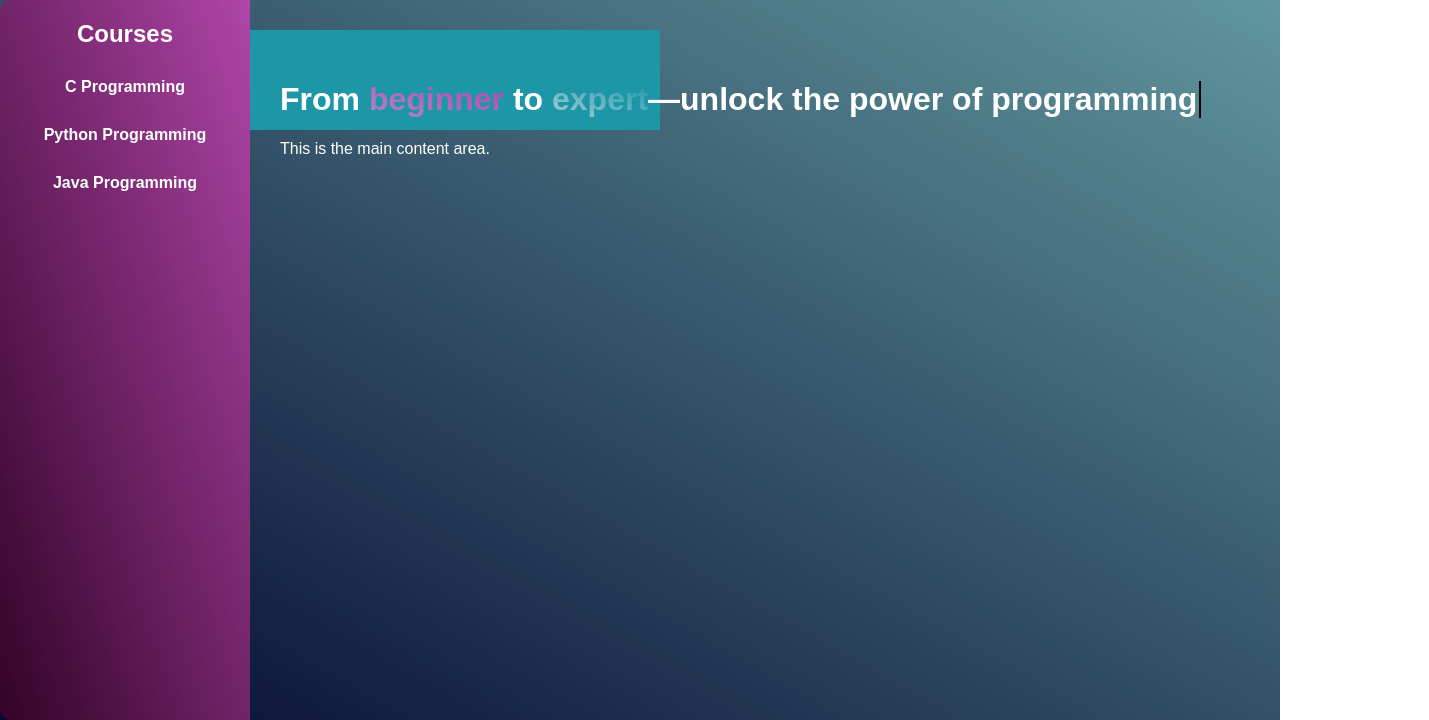
Repository: RishitSharma88/SeaGro
Page: templates/learningcourses.html
These files come from the project's save history. The page is drawn as it stood at one moment and after the next save; the edit follows.
The browser window is 1280 px wide. The page is 1280 px wide, then 1429 px, so the pictures cover 1429 px, including what lies to the right of the window. The pictures show the whole page.
The template is drawn by Flask 3. The application's start-up code is not run. Other server files are loaded and not shown. The template is opened directly, without the code that normally fills it, so the values that code supplies are empty.

Above is the page before, as saved 2024-12-28 15:33:43.

### templates/learningcourses.html
<!DOCTYPE html>
<html lang="en">
<head>
    <meta charset="UTF-8">
    <meta name="viewport" content="width=device-width, initial-scale=1.0">
    <title>Learning Courses</title>
    <style>
        body {
            margin: 0;
            padding: 0;
            font-family: 'Arial', sans-serif;
            background: linear-gradient(to bottom left, #60979e, #050a30);
            color: #FFFFFF;
            display: flex;
            height: 100vh;
            overflow: hidden;
        }

        .sidebar {
            background: linear-gradient(to bottom left, #af45a8, #320327);
            color: #ffff;
            width: 250px;
            height: 100%;
            border-radius: 10px 0 0 10px;
            overflow: auto;
            display: flex;
            flex-direction: column;
            align-items: center;
            position: fixed;
            left: 0;
            top: 0;
            transition: transform 0.3s ease;
        }
        .h {
            font-size: 24px;
            font-weight: bold;
            text-align: center;
            margin: 20px 0;
        }
        .side-links {
            display: flex;
            flex-direction: column;
            gap: 10px;
            width: 100%;
            padding: 0 10px;
        }

        .side-links a {
            text-decoration: none;
            color: #fff;
            font-size: 1rem;
            font-weight: bold;
            padding: 10px;
            border-radius: 5px;
            text-align: center;
            transition: background-color 0.3s ease;
        }

        .side-links a:hover {
            background-color: rgba(255, 255, 255, 0.2);
        }
        .main-content {
            margin-left: 250px;
            flex: 1;
            padding: 20px;
            transition: margin-left 0.3s ease;
        }
        .typing {
            width: 0;
            overflow: hidden;
            white-space: nowrap;
            border-right: 2px solid black;
            animation: typing 2s steps(20) forwards, blink 1s step-end infinite;

        }
        @keyframes typing {
            from {
                width: 0;
            }
            to {
                width: 100%;
            }
        }

        @keyframes blink {
            50% {
                border-color: transparent;
            }
        }
        .highlight {
            background: linear-gradient(to bottom left, #b243ab, #ae89ca); /* Gradient */
            -webkit-background-clip: text;  /* Clip background to text */
            -webkit-text-fill-color: transparent;  /* Make the non-highlight part transparent */
        }

        .expert {
            background: linear-gradient(to bottom left, #1d97a7, #a2cdd8);
            -webkit-background-clip: text;
            -webkit-text-fill-color: transparent;
        }
        .titlebox{
            background-color:#1d97a7;
            max-width: fit-content;
            padding: 10px;
            display: flex;
            margin-top:30px;
            height:80px;
            width:50%;
        }

        /*.sidebar.collapsed {
            transform: translateX(-250px);
        }





        .toggle-btn {
            position: fixed;
            top: 50%;
            left: 250px;
            transform: translateY(-50%);
            background: #de7a50;
            color: #fff;
            border: none;
            border-radius: 5px;
            font-size: 20px;
            cursor: pointer;
            transition: left 0.3s ease;
        }

        .toggle-btn.collapsed {
            left: 0;
        }



        .sidebar.collapsed + .main-content {
            margin-left: 0;
        }*/
    </style>
</head>
<body>
    <div class="sidebar">
        <h1 class="h">Courses</h1>
        <div class="side-links">
            <a href="coursetemp.html">C Programming</a>
            <a href="coursetemp.html">Python Programming</a>
            <a href="coursetemp.html">Java Programming</a>
        </div>
    </div>
    <!-- <button class="toggle-btn">&#9664;</button> -->

    <div class="titlebox">
    <div class="main-content">
        <h1 class="typing">
            From <span class="highlight">beginner</span> to <span class="expert">expert</span>—unlock the power of programming
        </h1>
        <p>This is the main content area.</p>
    </div>
    </div>

    <!-- <script>
        const sidebar = document.querySelector('.sidebar');
        const toggleBtn = document.querySelector('.toggle-btn');

        toggleBtn.addEventListener('click', () => {
            sidebar.classList.toggle('collapsed');
            toggleBtn.classList.toggle('collapsed');


            toggleBtn.innerHTML = sidebar.classList.contains('collapsed') ? '&#9654;' : '&#9664;';
        });
    </script> -->
</body>
</html>

After the next save:
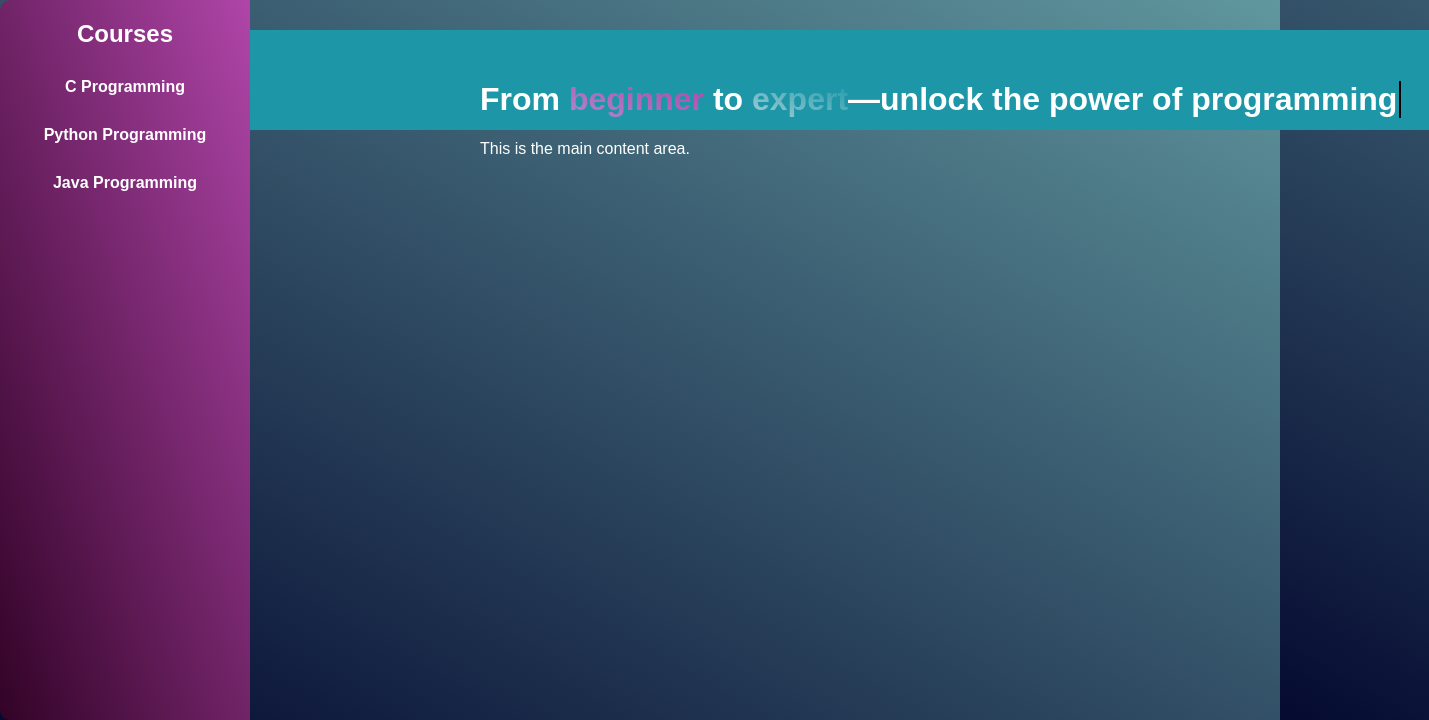
Saved 36 s later.
--- a/templates/learningcourses.html
+++ b/templates/learningcourses.html
@@ -104,8 +104,9 @@
             padding: 10px;
             display: flex;
             margin-top:30px;
+            margin-left: 200px;
             height:80px;
-            width:50%;
+            width:100%;
         }
 
         /*.sidebar.collapsed {
